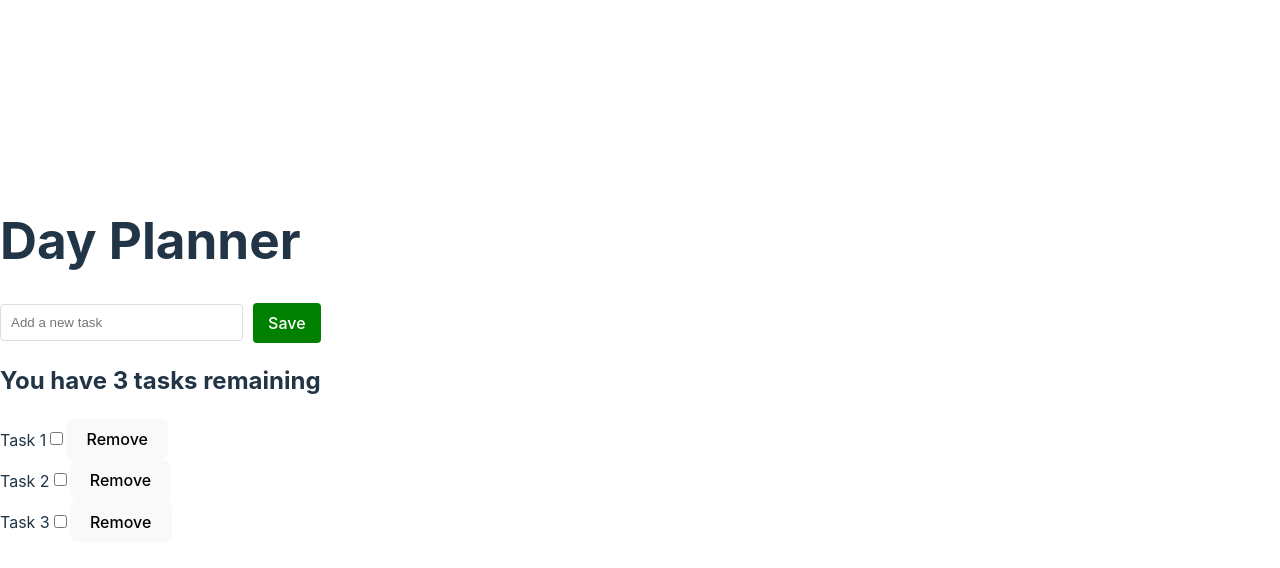
Repository: GavinPahal/Lab7
Page: /
The author's editor kept a copy of each file at every save. The page is drawn from the files as they stood at one save, then again after the next save.
The browser window is 1280 px wide. The pictures show the whole page.
The project was rebuilt for these pictures with package versions that can differ from the ones it lists, and the page was loaded fresh each time. Also part of the build but not shown: vite.config.js.

Above is the page before, as saved 2024-10-27 12:38:12.

After the next save:
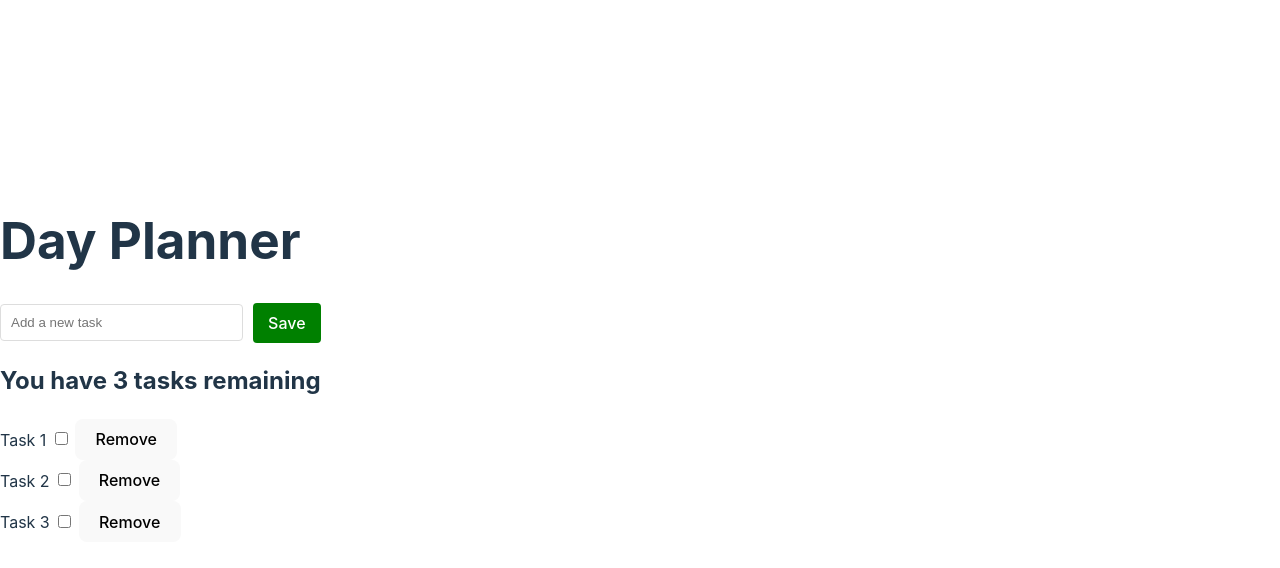
Saved 71 s later.
--- a/src/components/Task.jsx
+++ b/src/components/Task.jsx
@@ -3,12 +3,12 @@ import React from 'react';
 function Task({ task, index, toggleTask, deleteTask }) {
   return (
     <div className={`task ${task.isCompleted ? 'completed' : ''}`}>
-      <span>{task.text}</span>
+      <span>{task.text}</span> {/* Task name */}
       <input
         type="checkbox"
         checked={task.isCompleted}
         onChange={() => toggleTask(index)}
-      />
+      /> {/* Checkbox placed after task name */}
       <button onClick={() => deleteTask(index)}>Remove</button>
     </div>
   );
